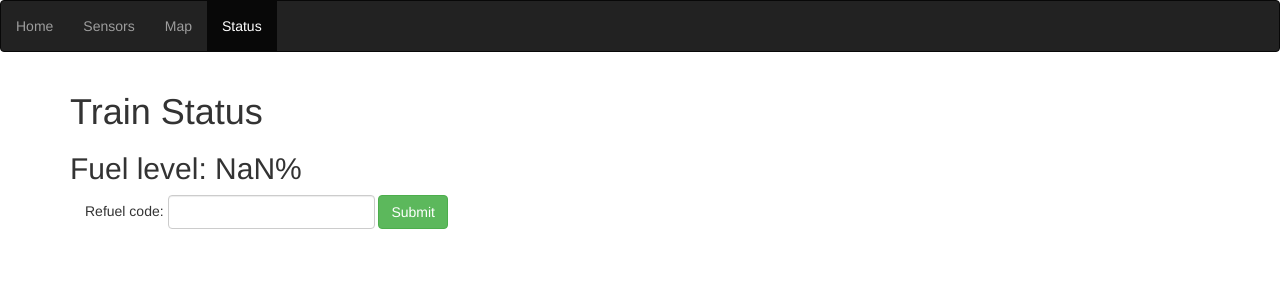
Repository: adleong/train-mystery
Page: status-orig.html
The author's editor kept a record of every edit. The page is drawn from the files as they stood at one moment, then again after the next edit.
The browser window is 1280 px wide. The pictures show the whole page.

Above is the page before.

### status-orig.html
<!DOCTYPE html>
<html lang="en">
  <head>
    <meta charset="utf-8">
    <meta http-equiv="X-UA-Compatible" content="IE=edge">
    <meta name="viewport" content="width=device-width, initial-scale=1">
    <!-- The above 3 meta tags *must* come first in the head; any other head content must come *after* these tags -->
    <title>Trans-Eurasian Hyperexpress</title>

    <!-- Bootstrap -->
    <link href="css/bootstrap.min.css" rel="stylesheet">

    <!-- Latest compiled and minified JavaScript -->
    <script src="js/jquery-2.1.4.min.js"></script>
    <script src="js/bootstrap.min.js"></script>

    <!-- HTML5 shim and Respond.js for IE8 support of HTML5 elements and media queries -->
    <!-- WARNING: Respond.js doesn't work if you view the page via file:// -->
    <!--[if lt IE 9]>
      <script src="https://oss.maxcdn.com/html5shiv/3.7.2/html5shiv.min.js"></script>
      <script src="https://oss.maxcdn.com/respond/1.4.2/respond.min.js"></script>
    <![endif]-->
    <script type="text/javascript">
        var refuelCode = "refuel";

        function ratio() {
          var start = parseFloat(localStorage.getItem("startTime"));
          var elapsed = Date.now() - start;
          return elapsed / (5*60*60*1000);
        }

        function fuel() {
          var f = (100-ratio()*100);
          if (localStorage.getItem("refueled")) {
              f = 100;
          }
          $("#fuel").text(f.toFixed());
          return Math.round(f);
        }

        $(document).ready(function() {
            fuel();
           $("button").click(function (e){
              e.preventDefault();
              if ($("input").val().toLocaleLowerCase() == refuelCode) {
                  var f = fuel();
                  localStorage.setItem("refueled", true);
                  $("input").val("");
                  var incr = setInterval(function() {
                      f++;
                      $("#fuel").text(f.toFixed());
                      if (f >= 100) {
                          window.clearInterval(incr);
                      }
                  }, 100);

              } else {
                  alert("Invalid code");
              }
           });
        });
    </script>
  </head>
  <body>

    <nav class="navbar navbar-inverse">
       <ul class="nav navbar-nav">
          <li><a href="train">Home</a></li>
          <li><a id="sensors">Sensors</a></li>
          <li><a id="map">Map</a></li>
          <li class="active"><a href="status">Status</a></li>
       </ul>
    </nav>

    <div class="container">
      <h1>Train Status</h1>
      <h2>Fuel level: <span id="fuel">100</span>%</h2>
      <form class="navbar-form">
        <div class="form-group">
          Refuel code:
          <input type="text" class="form-control">
          <button class="btn btn-success">Submit</button>
        </div>

      </form>
    </div>

  </body>
</html>

Loaded but not shown: css/bootstrap.min.css (library); js/jquery-2.1.4.min.js (library); js/bootstrap.min.js (library)

After the next edit:
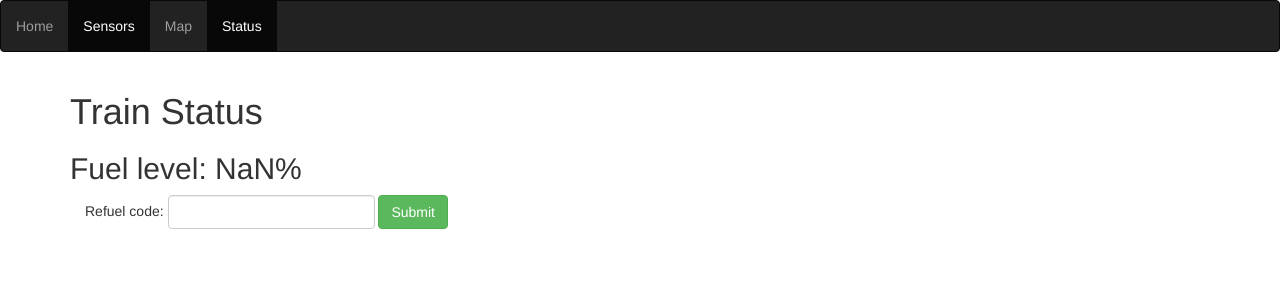
The edit:
--- a/status-orig.html
+++ b/status-orig.html
@@ -66,8 +66,8 @@
     <nav class="navbar navbar-inverse">
        <ul class="nav navbar-nav">
           <li><a href="train">Home</a></li>
-          <li><a id="sensors">Sensors</a></li>
-          <li><a id="map">Map</a></li>
+          <li class="active"><a href="sensors">Sensors</a></li>
+          <li><a href="map">Map</a></li>
           <li class="active"><a href="status">Status</a></li>
        </ul>
     </nav>

After the edit that followed:
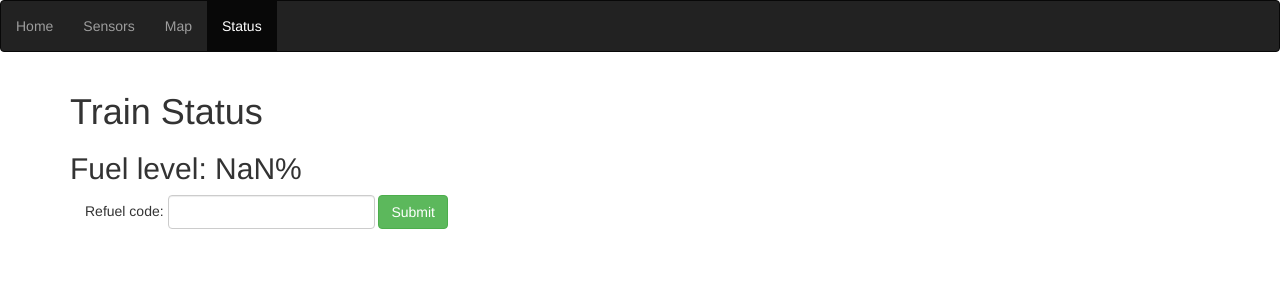
The edit:
--- a/status-orig.html
+++ b/status-orig.html
@@ -66,7 +66,7 @@
     <nav class="navbar navbar-inverse">
        <ul class="nav navbar-nav">
           <li><a href="train">Home</a></li>
-          <li class="active"><a href="sensors">Sensors</a></li>
+          <li><a href="sensors">Sensors</a></li>
           <li><a href="map">Map</a></li>
           <li class="active"><a href="status">Status</a></li>
        </ul>
